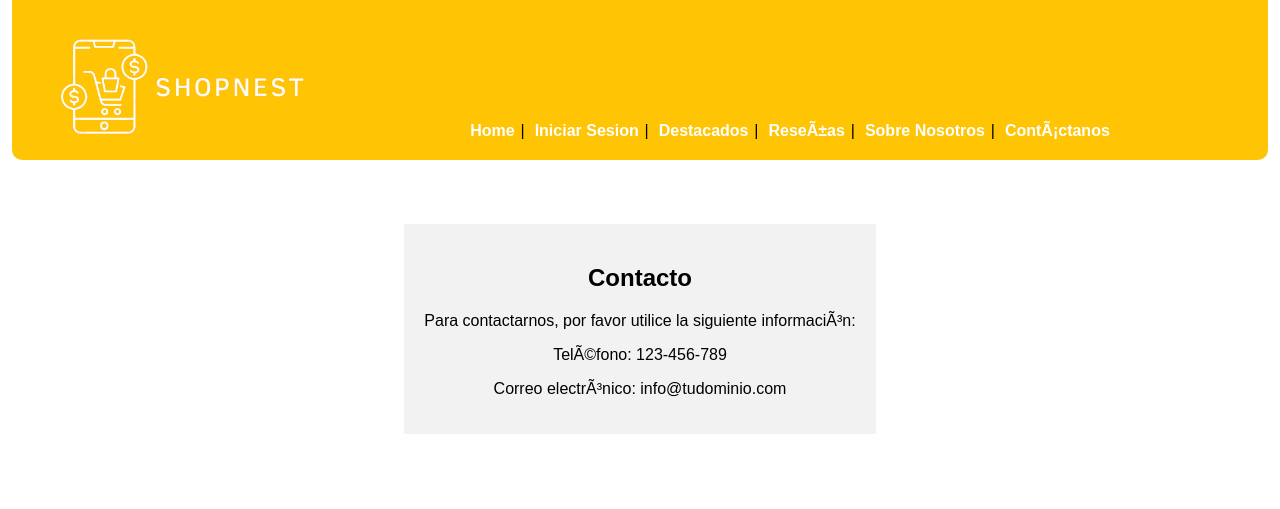
Repository: Regmalek07/ProyectoU
Page: contacto.html
These files come from the project's save history. The page is drawn as it stood at one moment and after the next save; the edit follows.
The browser window is 1280 px wide. The pictures show the whole page.

Above is the page before, as saved 2024-04-29 14:44:18.

After the next save:
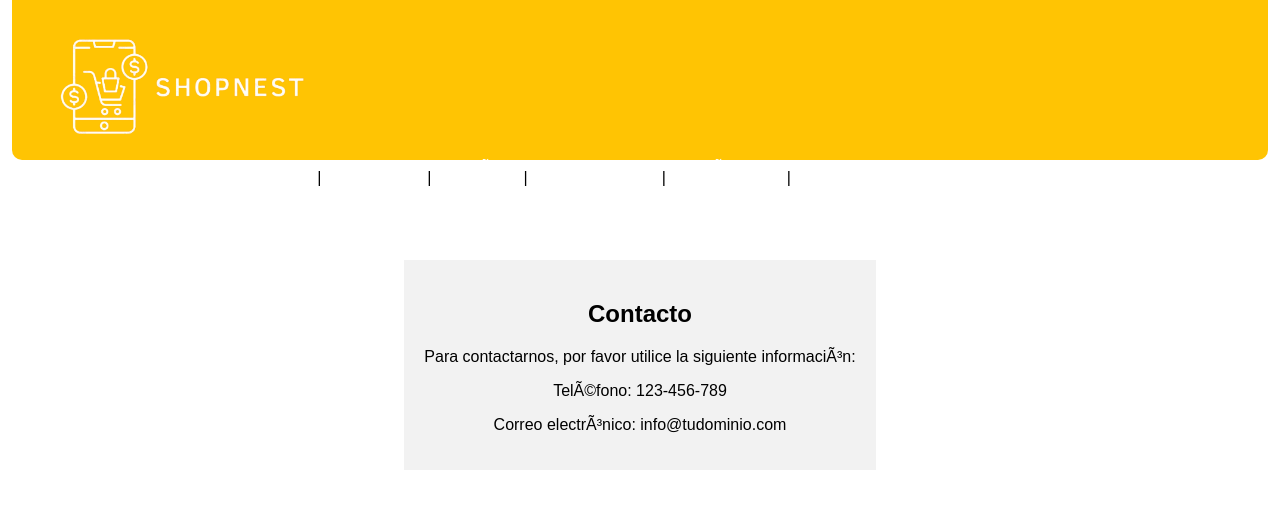
Saved 13 s later.
--- a/contacto.html
+++ b/contacto.html
@@ -13,19 +13,27 @@
                 </a>
             </div>
             <nav>
-                <ul>
-                    <li><a href="home.html">Home</a><span>|</span></li>
-                    <li><a href="inicio_sesion.html">Iniciar Sesion</a><span>|</span></li>
-                    <li><a href="destacado.html">Destacados</a><span>|</span></li>
-                    <li><a href="resenas.html">Reseñas</a><span>|</span></li>
-                    <li><a href="sobre_nosotros.html">Sobre Nosotros</a><span>|</span></li>
-                    <li><a href="contacto.html">Contáctanos</a></li>
-                </ul>
-            </nav>
-            <nav>
                 <button id="logout-button" onclick="logout()" style="display: none;">Cerrar sesión</button>
             </nav>
         </header>
+        <div class="menu-container">
+            <nav>
+                <ul>
+                    <li><a href="home.html">Inicio</a><span>|</span></li>
+                    <li><a href="destacado.html">Destacados</a><span>|</span></li>
+                    <li><a href="resena.html">Reseñas</a><span>|</span></li>
+                    <li><a href="sobre_nosotros.html">Sobre nosotros</a><span>|</span></li>
+                    <li><a href="contacto.html">Contáctanos</a><span>|</span></li>
+                    <li class="menu"> <!-- Cambia la clase a "menu" -->
+                        <a>Ingresar</a>
+                        <ul>
+                            <li><a href="inicio_sesion.html">Iniciar Sesion</a></li>
+                            <li><a href="registro.html">Regístrate</a></li>
+                        </ul>
+                    </li>
+                </ul>
+            </nav>
+        </div>
         <section class="contact">
             <h1>Contacto</h1>
             <div class="content">
